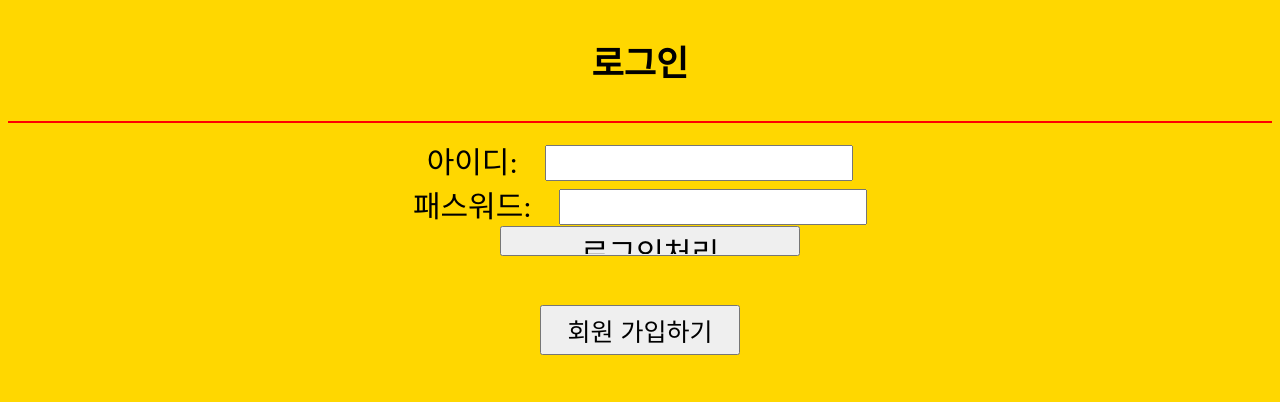
Repository: skywalker221-Minsoo/Java-project
Page: http://localhost/SecondProject/enter.jsp
An editor plug-in stored every save of this project. The page is shown before and after the next save, followed by the edit.
The browser window is 1280 px wide. The pictures show the whole page.
The page is served by Tomcat 9. Nobody is signed in. The application's start-up code is not run.

Above is the page before, as saved 2021-04-13 06:54:46.

After the next save:
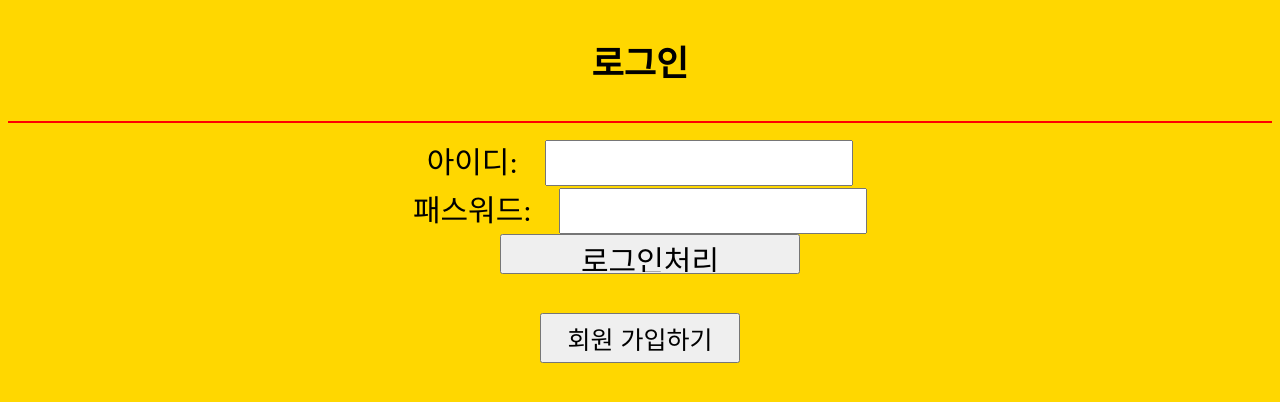
Saved 15 s later.
--- a/SecondProject/src/main/webapp/enter.jsp
+++ b/SecondProject/src/main/webapp/enter.jsp
@@ -12,7 +12,7 @@
 
 input {
 	width: 300px;
-	height: 30px;
+	height: 40px;
 	font-size: 30px;
 	margin: 0 0 0 20px;
 }
